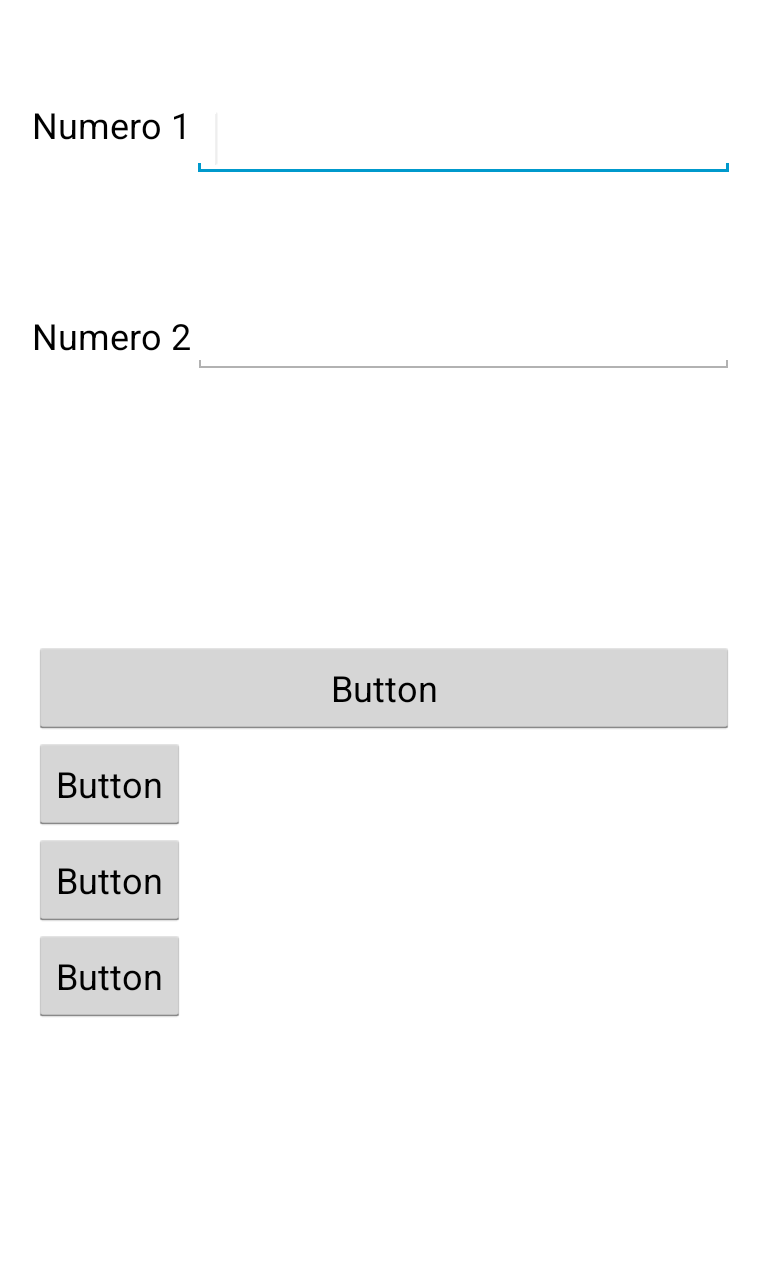
Repository: evervasquez/CursoAndroid
Layout: Precalculadora/res/layout/fragment_main.xml
An editor plug-in stored every save of this project. The layout is shown before and after the next save, followed by the edit.
It is drawn on a 768 x 1280 px phone screen (xhdpi) without system bars, with theme AppTheme; the app's code is not run.

Above is the layout before, as saved 2014-04-29 03:36:26.

After the next save:
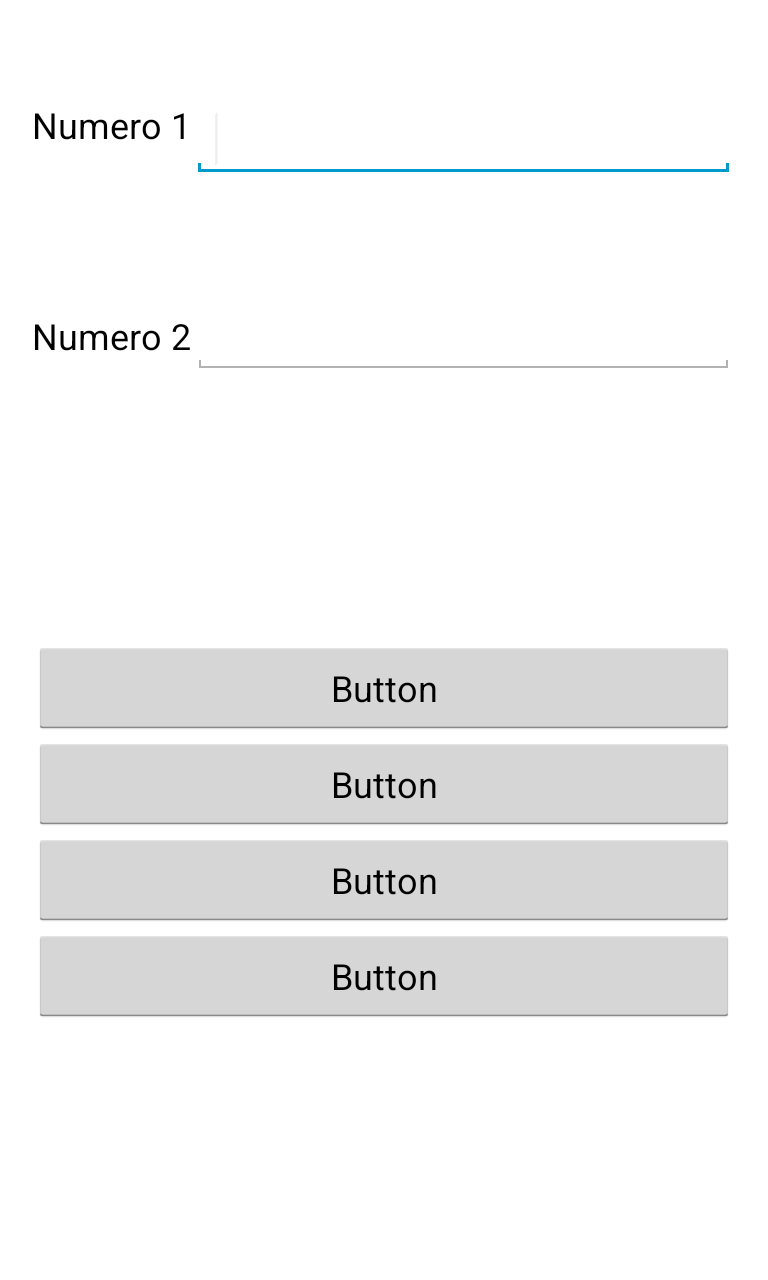
Saved 9 s later.
--- a/Precalculadora/res/layout/fragment_main.xml
+++ b/Precalculadora/res/layout/fragment_main.xml
@@ -76,19 +76,19 @@
 
 		<Button
 		    android:id="@+id/button2"
-		    android:layout_width="wrap_content"
+		    android:layout_width="fill_parent"
 		    android:layout_height="wrap_content"
 		    android:text="Button" />
 
 		<Button
 		    android:id="@+id/button3"
-		    android:layout_width="wrap_content"
+		    android:layout_width="fill_parent"
 		    android:layout_height="wrap_content"
 		    android:text="Button" />
 
 		<Button
 		    android:id="@+id/button4"
-		    android:layout_width="wrap_content"
+		    android:layout_width="fill_parent"
 		    android:layout_height="wrap_content"
 		    android:text="Button" />
 
